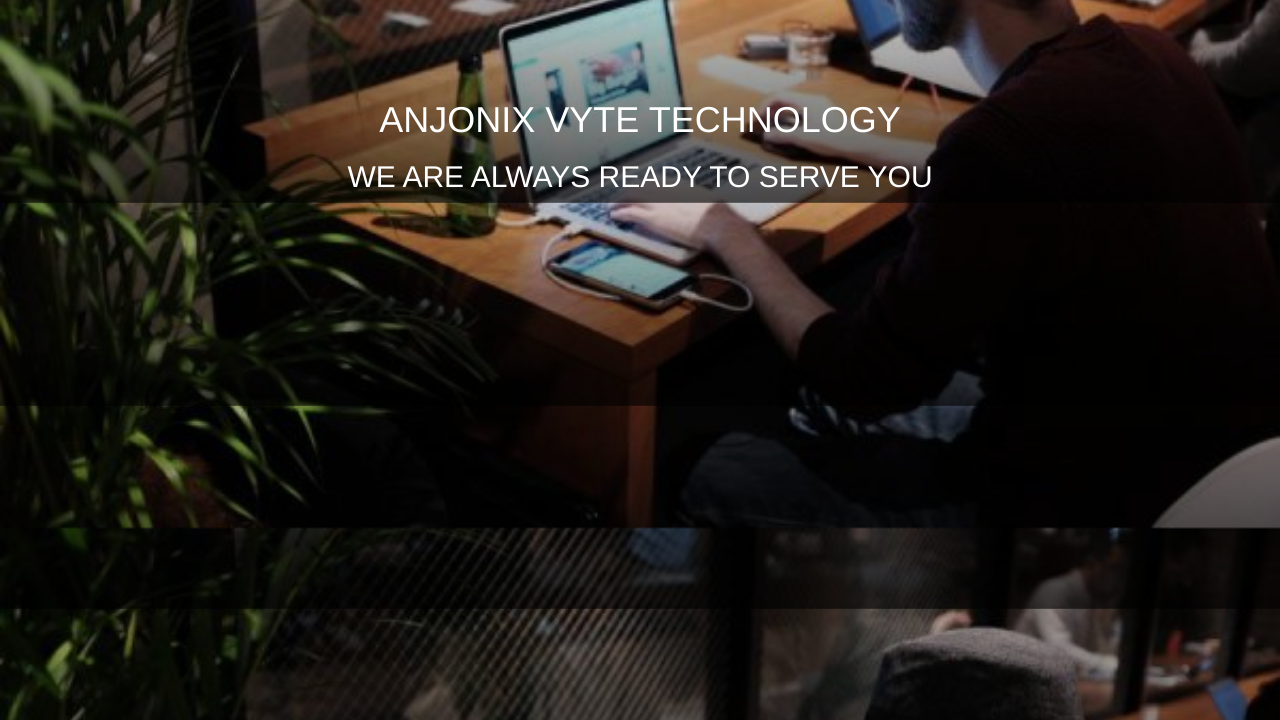
Repository: anjonix/Responsive-Website
Page: contact-form.html
The author's editor kept a copy of each file at every save. The page is drawn from the files as they stood at one save, then again after the next save.
The browser window is 1280 px wide. The pictures show the whole page.

Above is the page before, as saved 2019-07-09 14:09:38.

### contact-form.html
<!DOCTYPE html>
<!DOCTYPE html>
<html lang="en">
<head>
    <meta charset="UTF-8">
    <meta name="viewport" content="width=device-width, initial-scale=1.0">
    <meta http-equiv="X-UA-Compatible" content="ie=edge">
    <link rel="stylesheet" href="CSS/Contactform style.css">
     <!-- Latest compiled and minified CSS -->
    <link rel="stylesheet" href="https://maxcdn.bootstrapcdn.com/bootstrap/3.4.0/css/bootstrap.min.css">

    <!-- jQuery library -->

    <script src="https://ajax.googleapis.com/ajax/libs/jquery/3.4.1/jquery.min.js"></script>

    <!-- Latest compiled JavaScript -->
    <script src="https://maxcdn.bootstrapcdn.com/bootstrap/3.4.0/js/bootstrap.min.js"></script>
    <title>Contact Form</title>
</head>
<body>
        <div class="Contactform">
            <h1>anjonix vyte technology</h1>
            <h2>we are always ready to serve you</h2>
        </div>
</body>
</html>

### CSS/Contactform style.css
body
{
    margin-top: 0;
    padding:0;
    text-align: center;
    background:linear-gradient(rgba(0,0,0,0.2),rgba(0, 0, 0, 0.7)),url(..//Images/image7.jpg);
    background-size: cover;
    background-position: center;
    font-family: sans-serif
}
.Contactform
{
    margin-top: 100px;
    color: #fff;
    text-transform: uppercase;
    transition: all 0.4s ease-in-out;
}
.contactform h1
{
    font-size: 32px;
    line-height: 10px
}
.contactform h2{
    font-size: 16px;
}

After the next save:
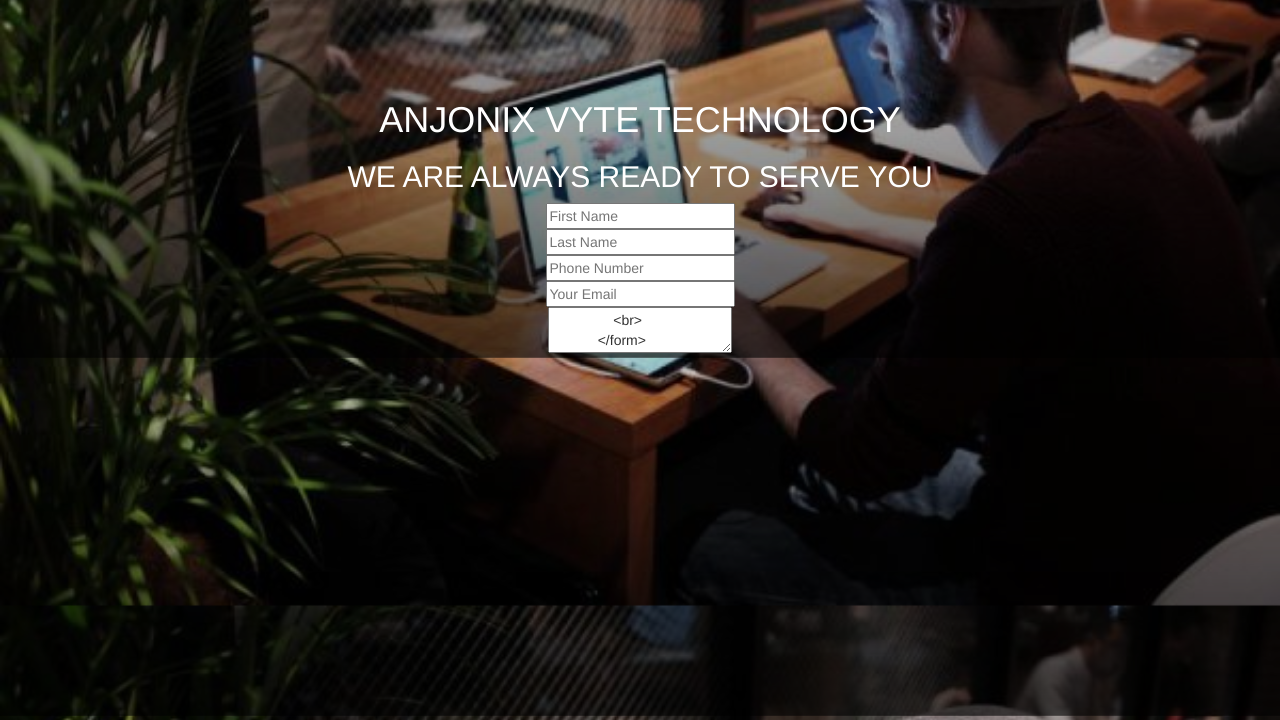
Saved 32 min 21 s later.
--- a/contact-form.html
+++ b/contact-form.html
@@ -22,5 +22,19 @@
             <h1>anjonix vyte technology</h1>
             <h2>we are always ready to serve you</h2>
         </div>
+        <div class="contact-form">
+            <form id="contact-form" action="" method="post">
+                <input name="name" type="text" class="form-controller" placeholder="First Name" required>
+                <br>
+                 <input name="name" type="text" class="form-controller" placeholder="Last Name" required>
+                <br>
+                 <input name="Phone Number" type="number" class="form-controller" placeholder="Phone Number" required>
+                <br>
+                 <input name="Email" type="email" class="form-controller" placeholder="Your Email" required>
+                <br>
+                 <textarea name="Message" class="form-controller" placeholder="Message" required>
+                <br>
+            </form>
+        </div>
 </body>
 </html>
